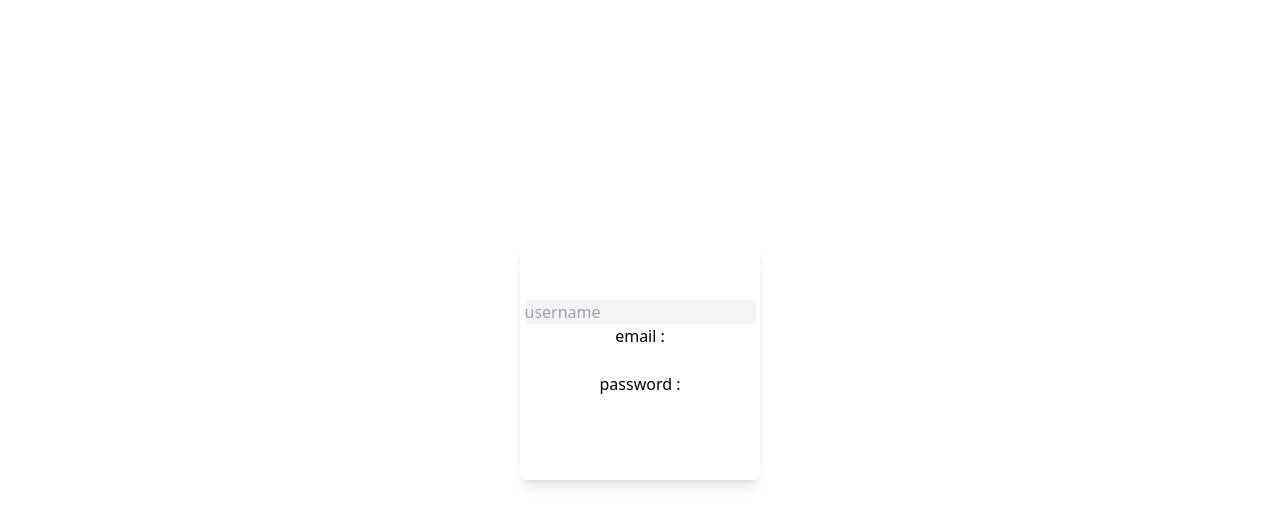
Repository: Emy-gold/alx-fe-reactjs
Page: / (app in form-handling-react/)
The author's editor kept a copy of each file at every save. The page is drawn from the files as they stood at one save, then again after a run of saves.
The browser window is 1280 px wide. The pictures show the whole page.
The project was rebuilt for these pictures with package versions that can differ from the ones it lists, and the page was loaded fresh each time. Also part of the build but not shown: form-handling-react/vite.config.js.

Above is the page before, as saved 2025-08-22 21:38:08.

### form-handling-react/src/App.jsx
import React from 'react';
import RegistrationForm from './components/RegistrationForm';

function App() {
  return (
    <>
      <RegistrationForm />
    </>
  )
}

export default App

### form-handling-react/src/components/RegistrationForm.jsx
import React from 'react';
import { useState } from 'react';

function RegistrationForm() {

    const [formData, setFormData] = useState({ username: '', email: '', password: '' });

    const handleChange = (e) => {
        const { name, value } = e.target;
        setFormData(prevState => ({ ...prevState, [name]: value }));
    }

    const handleSubmit = (e) => {
        e.preventDefault();
        console.log(formData);
    }

    return (
        <div className='flex w-full mx-auto h-screen justify-center items-center'>
            <form onSubmit={handleSubmit} className='flex flex-col justify-center items-center w-60 h-60 rounded-lg shadow-lg'>
                <input
                    type="text"
                    name="username"
                    value={formData.name}
                    onChange={handleChange}
                    placeholder='username'
                    className='bg-gray-100 text-400'
                />
                <label>email :</label>
                <input
                    type="email"
                    name="email"
                    value={formData.email}
                    onChange={handleChange}
                />
                <label>password :</label>
                <input
                    type="password"
                    name="password"
                    value={formData.password}
                    onChange={handleChange}
                />
            </form>
        </div>
    )
}

export default RegistrationForm

Loaded but not shown: form-handling-react/index.html (common file); form-handling-react/src/main.jsx (common file); form-handling-react/src/index.css (common file); form-handling-react/tailwind.config.js (common file)

After the next 2 saves:
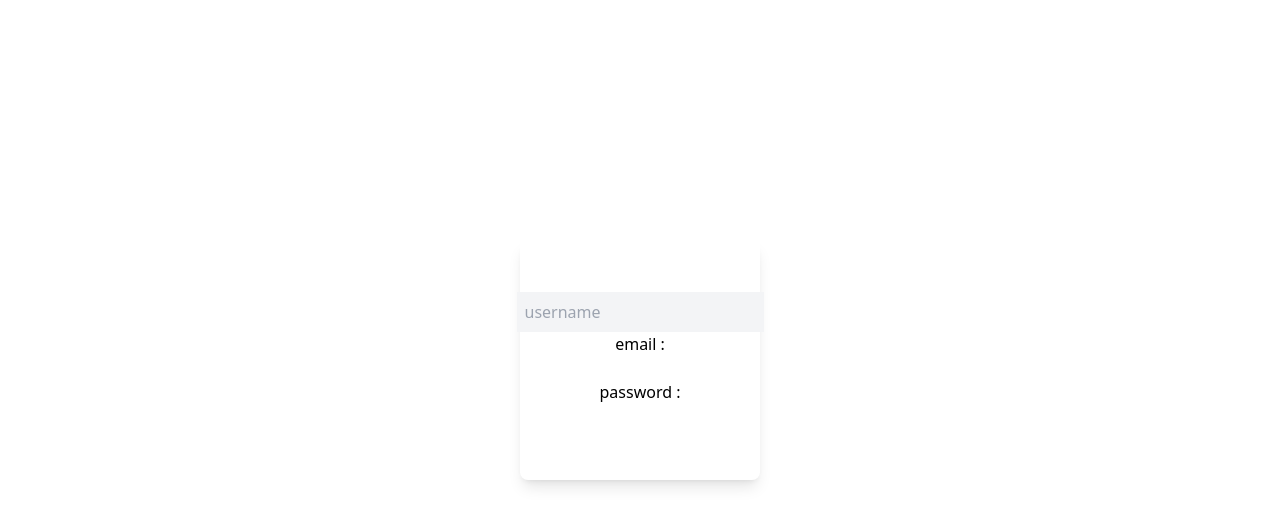
The 2 saves are shown as one change because they came seconds apart.
The last was saved 13 s later.
--- a/form-handling-react/src/components/RegistrationForm.jsx
+++ b/form-handling-react/src/components/RegistrationForm.jsx
@@ -24,7 +24,7 @@ function RegistrationForm() {
                     value={formData.name}
                     onChange={handleChange}
                     placeholder='username'
-                    className='bg-gray-100 text-400'
+                    className='bg-gray-100 text-400 p-2'
                 />
                 <label>email :</label>
                 <input
